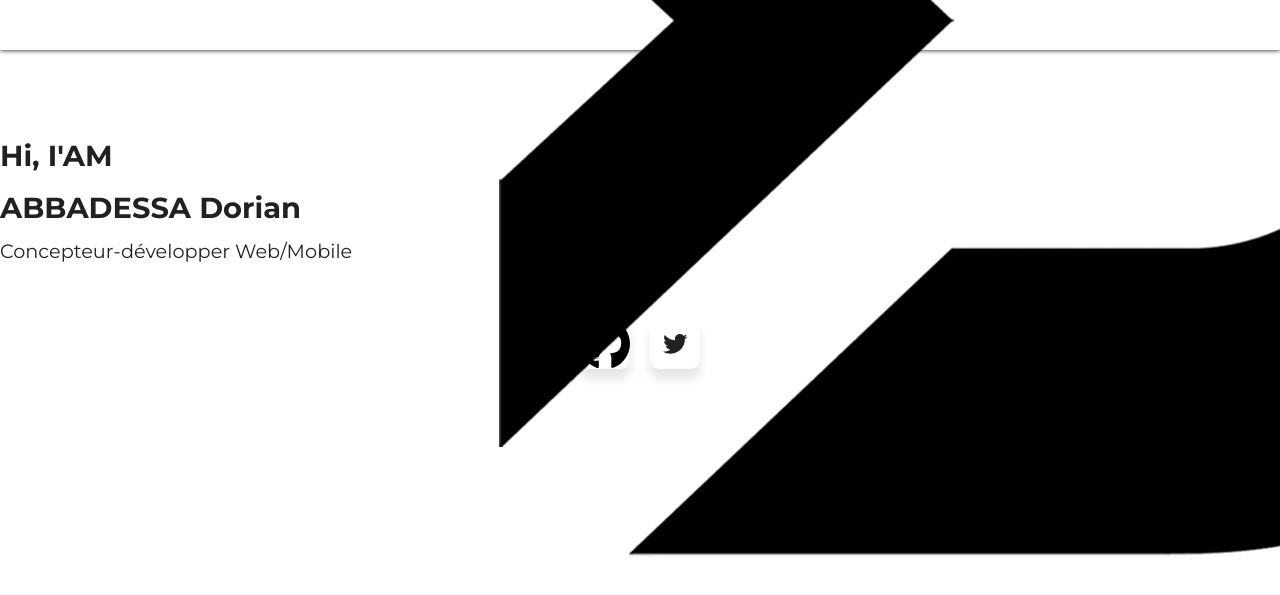
Repository: DorianABDS/Portfolio-ABBADESSA-Dorian
Page: index.html
These files come from the project's save history. The page is drawn as it stood at one moment and after the next save; the edit follows.
The browser window is 1280 px wide. The pictures show the window.
A layer covers the whole window, so only the first screen is drawn.

Above is the page before, as saved 2024-11-27 21:47:56.

After the next save:
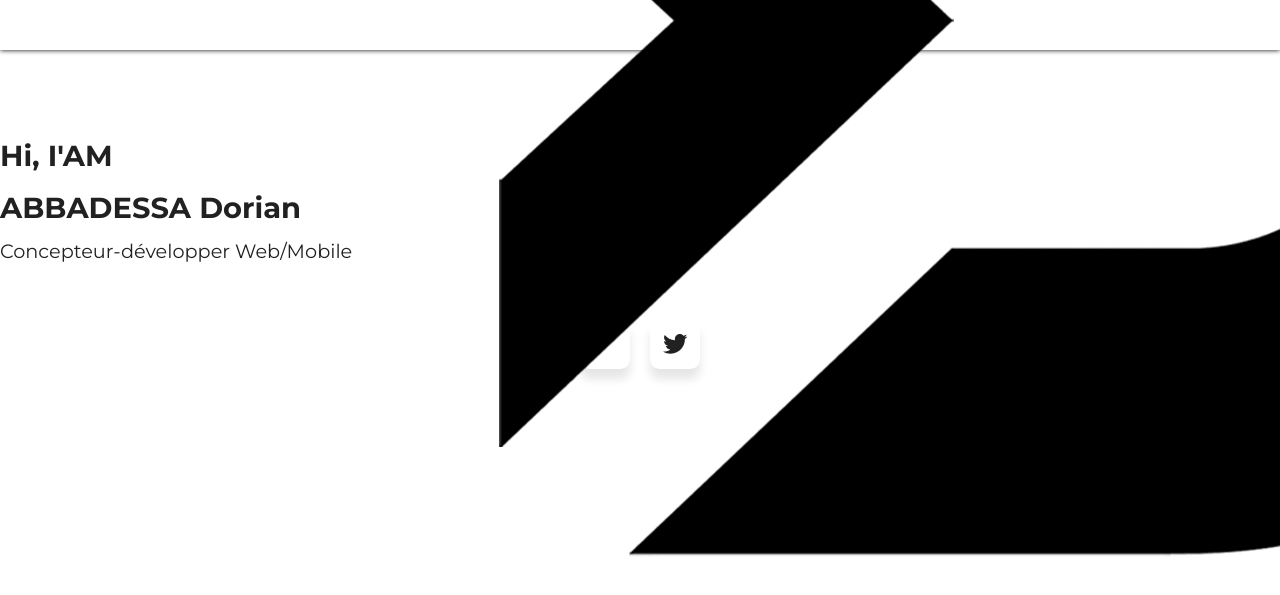
Saved 40 s later.
--- a/index.html
+++ b/index.html
@@ -39,7 +39,7 @@
                     <ul class="wrapper">
                         <li class="icon facebook">
                           <span class="tooltip">Facebook</span>
-                          <img src="/src/img/github-brands-solid.svg" alt="">
+                          <img src="/src/img/github-brands-solid.svg" alt=""height="1.8em" fill="currentColor" viewBox="0 0 48 48">
                         </li>
                         <li class="icon twitter">
                           <span class="tooltip">Twitter</span>

After the 5 saves that followed:
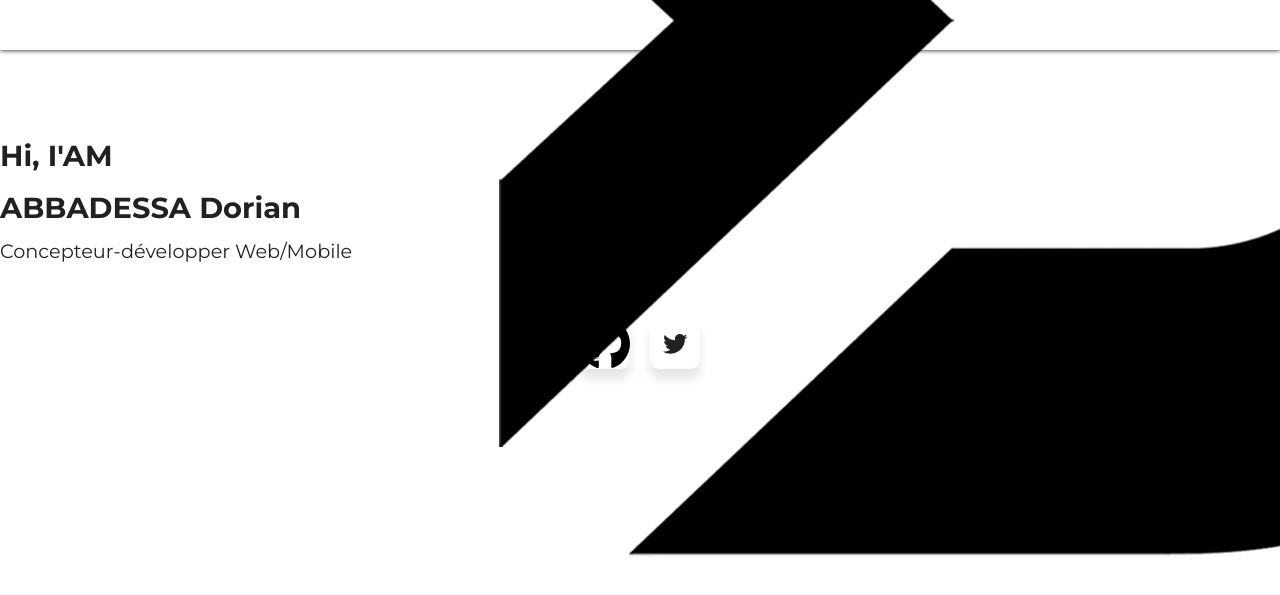
The 5 saves are shown as one change because 2 left the picture as it was and some came seconds apart.
The last was saved 39 s later.
--- a/index.html
+++ b/index.html
@@ -39,7 +39,7 @@
                     <ul class="wrapper">
                         <li class="icon facebook">
                           <span class="tooltip">Facebook</span>
-                          <img src="/src/img/github-brands-solid.svg" alt=""height="1.8em" fill="currentColor" viewBox="0 0 48 48">
+                          <img src="/src/img/github-brands-solid.svg" alt="">
                         </li>
                         <li class="icon twitter">
                           <span class="tooltip">Twitter</span>
